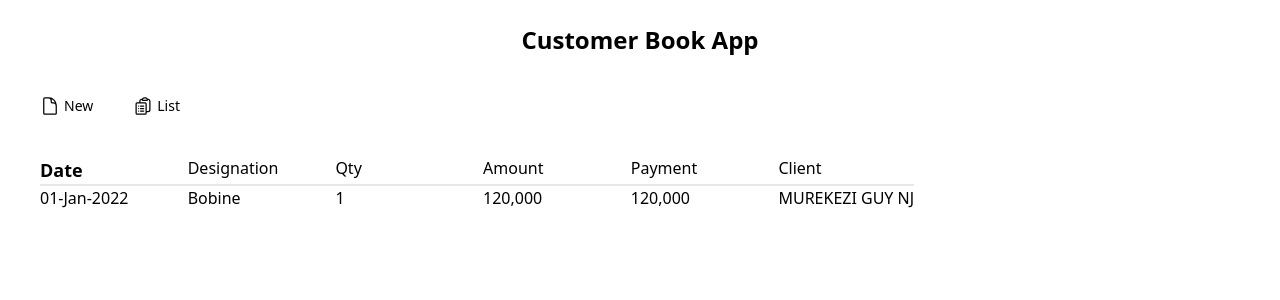
Repository: higirobruce/customerbookapp
Page: /
An editor plug-in stored every save of this project. The page is shown before and after the next save, followed by the edit.
The browser window is 1280 px wide. The pictures show the whole page.
The project was rebuilt for these pictures with package versions that can differ from the ones it lists, and the page was loaded fresh each time. The framework's server and built-in components were replaced by stand-ins that run in the browser. Also part of the build but not shown: next.config.js, components/layout/sidebar.js.

Above is the page before, as saved 2022-11-24 16:49:30.

After the next save:
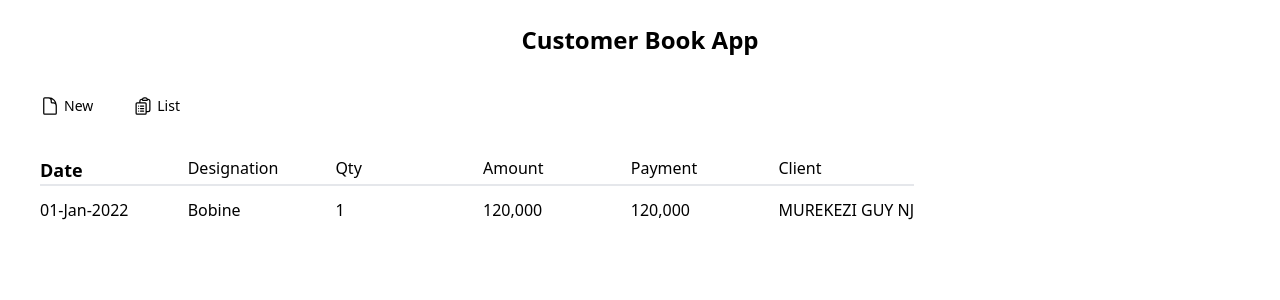
Saved 6 s later.
--- a/components/common/records.js
+++ b/components/common/records.js
@@ -4,7 +4,7 @@ export default function RecordsTable({data}) {
 
   return (
     <div>
-        <div className='grid grid-cols-6 gap-3 border-b-2'>
+        <div className='grid grid-cols-6 gap-3 border-b-2 mb-3'>
                 <div className='text-lg font-semibold'>Date</div>
                 <div>Designation</div>
                 <div>Qty</div>
